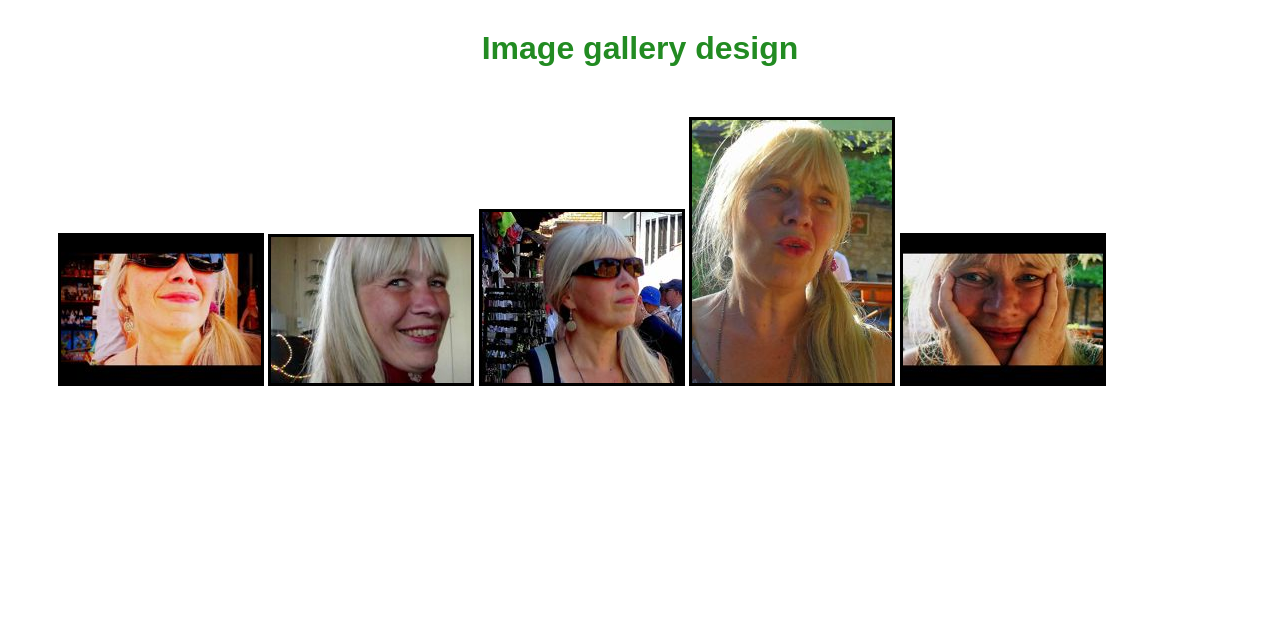
Repository: hindrik40/bildspel-lightbox
Page: index.html
An editor plug-in stored every save of this project. The page is shown before and after a run of saves, followed by the edit.
The browser window is 1280 px wide. The pictures show the whole page.

Above is the page before, as saved 2021-08-08 16:44:55.

After the next 2 saves:
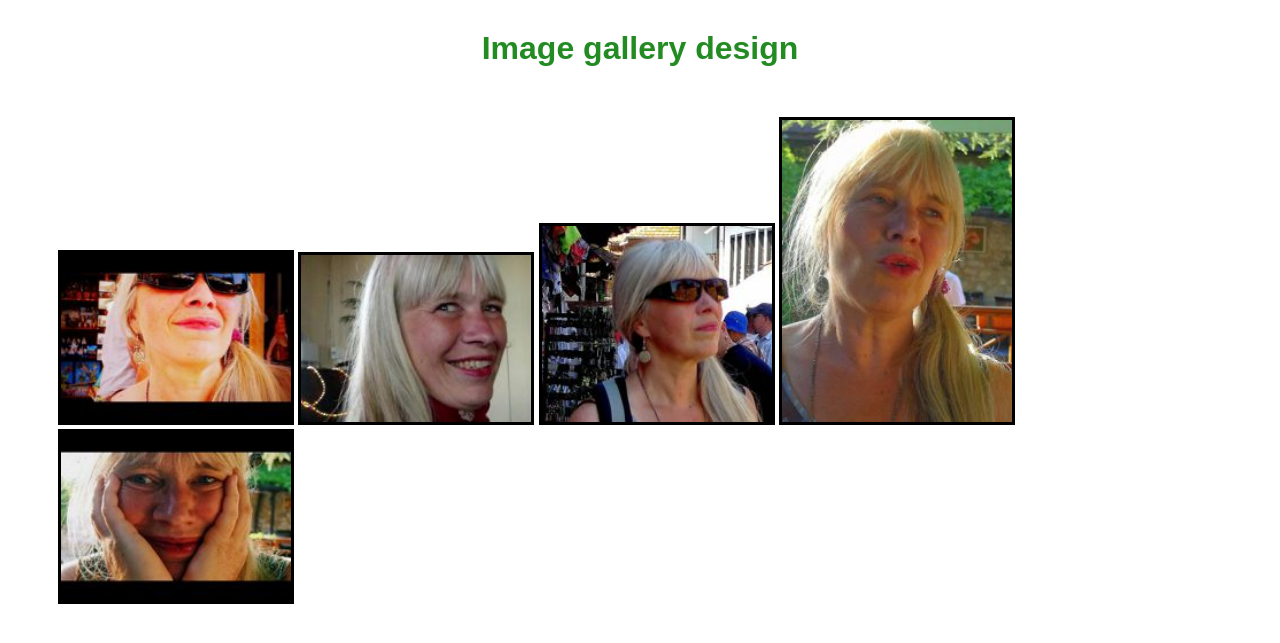
The 2 saves are shown as one change because they came seconds apart.
The last was saved 8 s later.
--- a/css/style.css
+++ b/css/style.css
@@ -12,7 +12,7 @@ h1{
 }
 
 .gallery img{
-    width}
+    width: 230px;}
 
 img{
     border:3px solid black;
